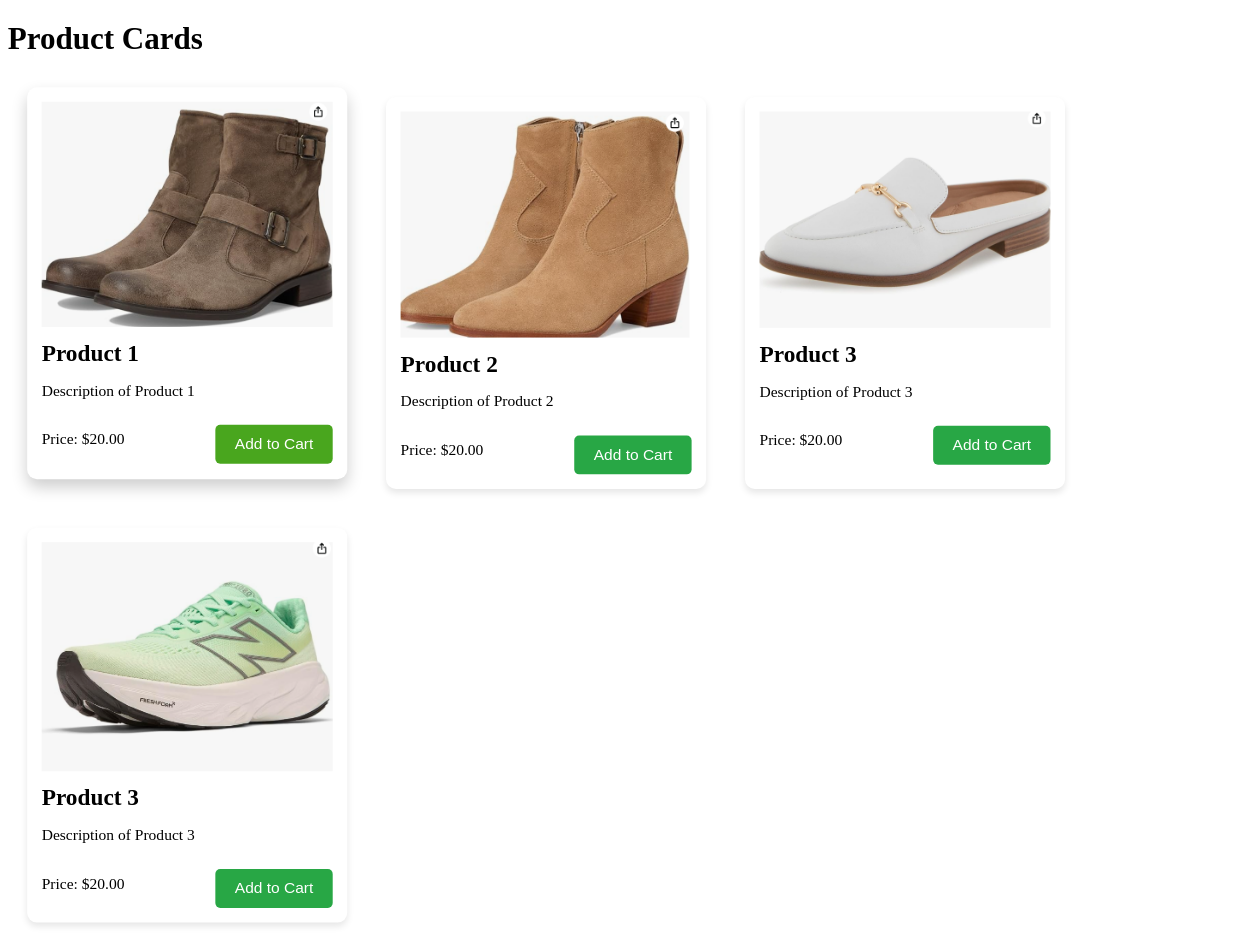
Repository: anjalipatel-dev/web-dev-learning-journey
Page: 03_html_css_ui_pages/05_E-com_cards/index.html
The author's editor kept a copy of each file at every save. The page is drawn from the files as they stood at one save, then again after the next save.
The browser window is 1280 px wide. The pictures show the whole page, at 97% of full size.
The pointer rests on the first visible `.card button`.

Above is the page before, as saved 2025-10-11 11:13:12.

### 03_html_css_ui_pages/05_E-com_cards/index.html
<!DOCTYPE html>
<html lang="en">
<head>
    <meta charset="UTF-8">
    <meta name="viewport" content="width=device-width, initial-scale=1.0">
    <link rel="stylesheet" href="styles.css">
    <title>cards</title>
</head>
<body>
    <h1>Product Cards</h1>
    <div class ="card-container">
    <div class="card">
        <img src="./images/product1.png" alt="Product 1">
        <h2>Product 1</h2>
        <p>Description of Product 1</p>
        <div class ='card-footer'>
        <p>Price: $20.00</p>
        <button>Add to Cart</button>
        </div>
    </div>
    <div class="card">
        <img src="./images/product2.png" alt="Product 2">
        <h2>Product 2</h2>
        <p>Description of Product 2</p>
        <div class ='card-footer'>
        <p>Price: $20.00</p>
        <button>Add to Cart</button>
        </div>
    </div>
    <div class="card">
        <img src="./images/product3.png" alt="Product 3">
        <h2>Product 3</h2>
        <p>Description of Product 3</p>
        <div class ='card-footer'>
        <p>Price: $20.00</p>
        <button>Add to Cart</button>
        </div>
    </div>
    <div class="card">
        <img src="./images/product4.png" alt="Product 3">
        <h2>Product 3</h2>
        <p>Description of Product 3</p>
        <div class ='card-footer'>
        <p>Price: $20.00</p>
        <button>Add to Cart</button>
        </div>
    </div>
    </div>
</body>
</html>

### 03_html_css_ui_pages/05_E-com_cards/styles.css
.body{
    margin: 0;
    padding: 0;
    box-sizing: border-box;
    font-family: 'Poppins', sans-serif;
    background-color: #f5f5f5;
}

.card-container {
    display: flex;
    flex-direction: row;
    flex-wrap: wrap;
}

.card {
    background-color: #fff;
    border-radius: 10px;
    box-shadow: 0 4px 8px rgba(0, 0, 0, 0.1);
    margin: 20px;
    padding: 15px;
    width: 300px;

}
.card:hover {
    transform: translateY(-10px);
    box-shadow: 0 8px 16px rgba(0, 0, 0, 0.2);
    transition: all 0.3s ease;
}

.card img {
    width: 100%;
    height: auto;

}

.card h2 {
    font-size: 24px;
    margin: 10px 0;
}

.card button {

    background-color: #28a745;
    border: none;
    border-radius: 5px;
    color: white;
    cursor: pointer;
    font-size: 16px;
    padding: 10px 20px;
    margin-top: 10px;

}

.card button:hover {
    background-color: #49a61e;
    transition: background-color 0.3s ease;
}

.card-footer {
    display: flex;
    justify-content: space-between;
    margin-top: 15px;
  }

After the next save:
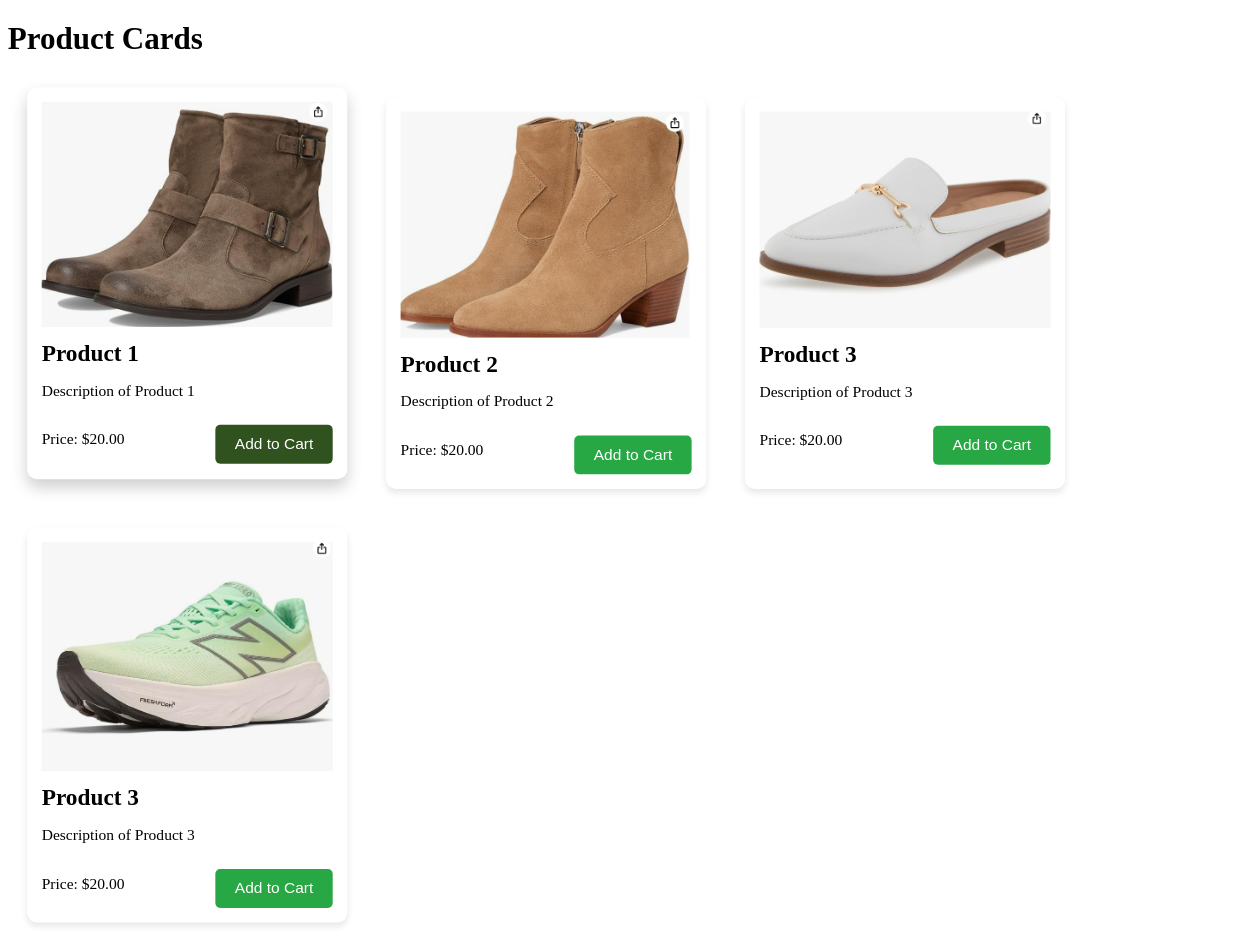
Saved 9 s later.
--- a/03_html_css_ui_pages/05_E-com_cards/styles.css
+++ b/03_html_css_ui_pages/05_E-com_cards/styles.css
@@ -52,7 +52,7 @@
 }
 
 .card button:hover {
-    background-color: #49a61e;
+    background-color: #2f521f;
     transition: background-color 0.3s ease;
 }
 
